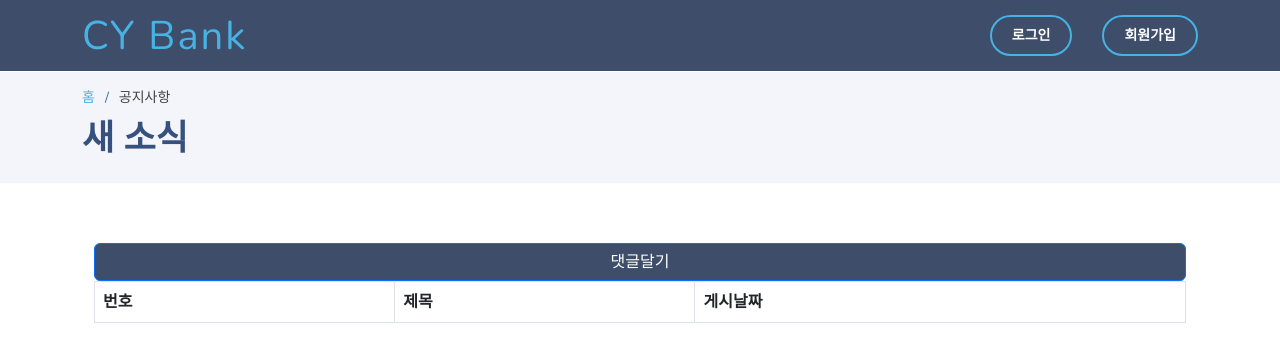
Repository: scy0814/Spring
Page: http://localhost/CYBank/jsp/notice/Notice.jsp
An editor plug-in stored every save of this project. The page is shown before and after the next save, followed by the edit.
The browser window is 1280 px wide. The pictures show the whole page.
The page is served by Tomcat 9.

Above is the page before, as saved 2023-06-30 10:17:10.

After the next save:
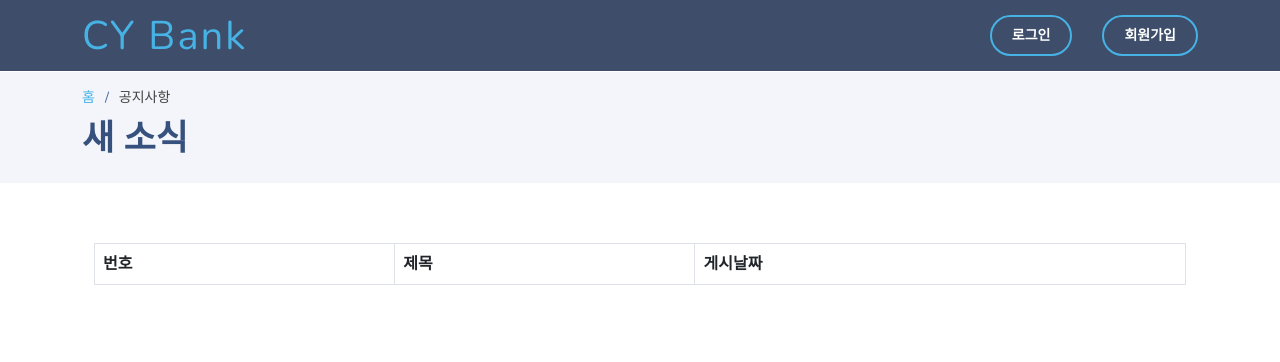
Saved 59 min 55 s later.
--- a/CYBank/src/main/webapp/jsp/notice/Notice.jsp
+++ b/CYBank/src/main/webapp/jsp/notice/Notice.jsp
@@ -63,9 +63,6 @@
                         <td>${notice.n_date}</td>
                     </tr>
                 </c:forEach>
-                <div class="d-grid gap-2">
-          <button class="btn btn-primary" type="submit" style="background-color: #283a5ae6;">댓글달기</button>
-       			 </div>
             </tbody>
         </table>
         <br/>
